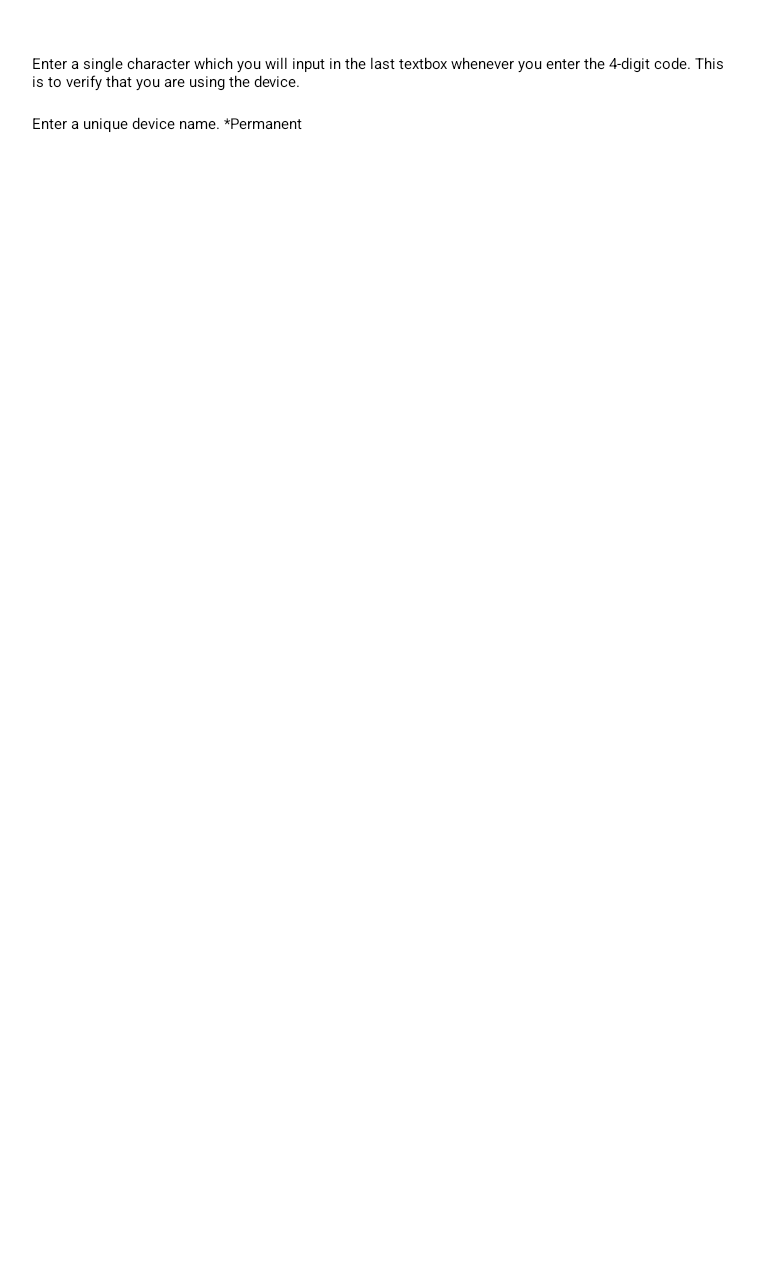
Repository: japheth-starita/DoorLockSystem
Layout: DoorLockSystem/res/layout/user_input_box.xml
The author's editor kept a copy of each file at every save. The layout is drawn from the files as they stood at one save, then again after the next save.
It is drawn on a 768 x 1280 px phone screen (xhdpi) without system bars, with theme Platform.V14.AppCompat; the app's code is not run.

Above is the layout before, as saved 2015-12-30 07:07:58.

### DoorLockSystem/res/layout/user_input_box.xml
<?xml version="1.0" encoding="utf-8"?>
<RelativeLayout xmlns:android="http://schemas.android.com/apk/res/android"
    xmlns:tools="http://schemas.android.com/tools"
    android:layout_width="match_parent"
    android:layout_height="match_parent"
    android:paddingBottom="@dimen/activity_vertical_margin"
    android:paddingLeft="@dimen/activity_horizontal_margin"
    android:paddingRight="@dimen/activity_horizontal_margin"
    android:paddingTop="@dimen/activity_vertical_margin"
    tools:context="com.example.doorlocksystem.MainActivity" >

    <EditText
        android:id="@+id/inputverifychar"
        style="@style/EditTextStyle"
        android:layout_alignParentTop="true"
        android:layout_centerHorizontal="true"
        android:inputType="text">
        <requestFocus />
    </EditText>

    <TextView
        android:id="@+id/instruction"
        android:layout_below="@+id/inputverifychar"
        android:layout_width="wrap_content"
        android:layout_height="wrap_content"
        android:textAppearance="?android:attr/textAppearanceMedium"
        android:text="Enter a single character which you will input in the last textbox whenever you enter the 4-digit code. This is to verify that you are using the device." />

    <EditText
        android:id="@+id/inputdevicename"
        android:layout_below="@+id/instruction"
        android:layout_centerHorizontal="true"
        android:layout_width="match_parent"
        android:layout_height="wrap_content"
        android:inputType="text"
        android:enabled="false"
        android:maxLength="10">
    </EditText>

    <TextView
        android:id="@+id/instruction2"
        android:layout_below="@+id/inputdevicename"
        android:layout_width="wrap_content"
        android:layout_height="wrap_content"
        android:textAppearance="?android:attr/textAppearanceMedium"
        android:text="Enter a unique device name. *Permanent" />
</RelativeLayout>

Loaded but not shown: DoorLockSystem/res/values/dimens.xml (common file); DoorLockSystem/res/values-w820dp/dimens.xml (common file); DoorLockSystem/res/values/styles.xml (common file)

After the next save:
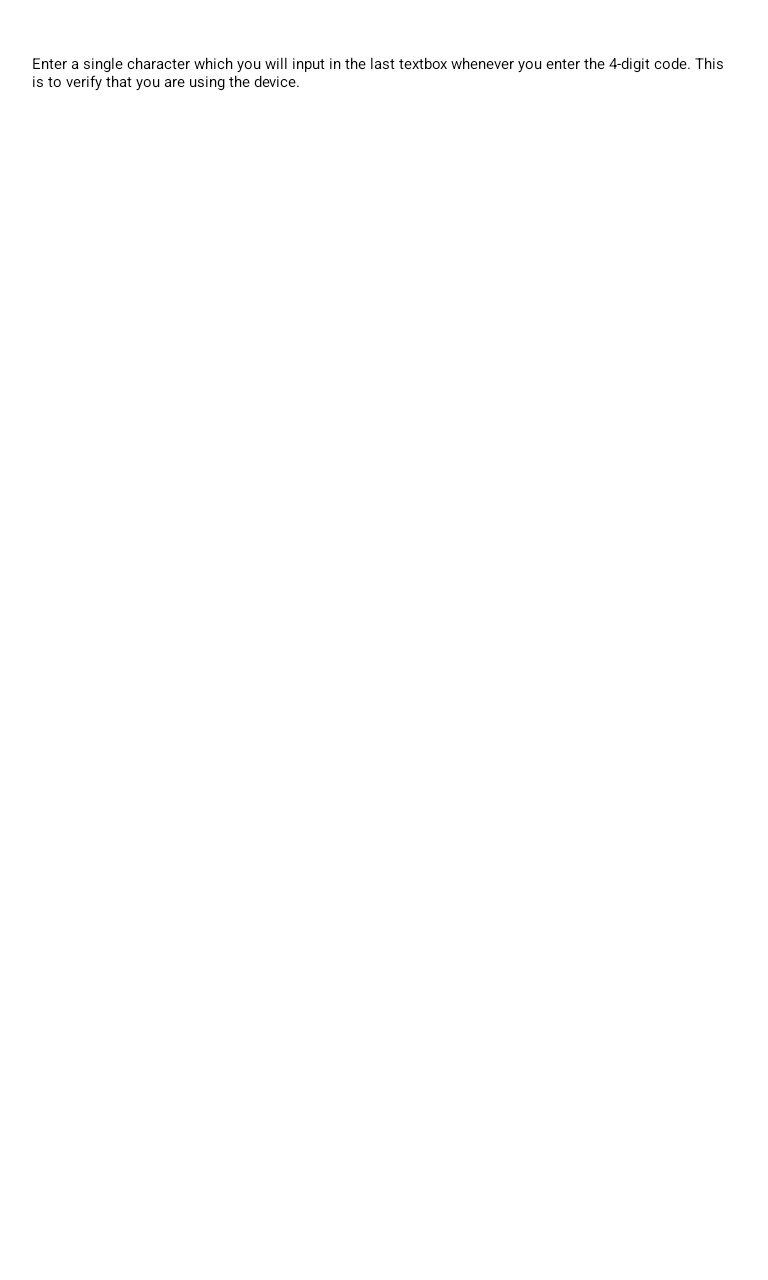
Saved 5 days later.
--- a/DoorLockSystem/res/layout/user_input_box.xml
+++ b/DoorLockSystem/res/layout/user_input_box.xml
@@ -26,22 +26,5 @@
         android:textAppearance="?android:attr/textAppearanceMedium"
         android:text="Enter a single character which you will input in the last textbox whenever you enter the 4-digit code. This is to verify that you are using the device." />
 
-    <EditText
-        android:id="@+id/inputdevicename"
-        android:layout_below="@+id/instruction"
-        android:layout_centerHorizontal="true"
-        android:layout_width="match_parent"
-        android:layout_height="wrap_content"
-        android:inputType="text"
-        android:enabled="false"
-        android:maxLength="10">
-    </EditText>
 
-    <TextView
-        android:id="@+id/instruction2"
-        android:layout_below="@+id/inputdevicename"
-        android:layout_width="wrap_content"
-        android:layout_height="wrap_content"
-        android:textAppearance="?android:attr/textAppearanceMedium"
-        android:text="Enter a unique device name. *Permanent" />
 </RelativeLayout>
